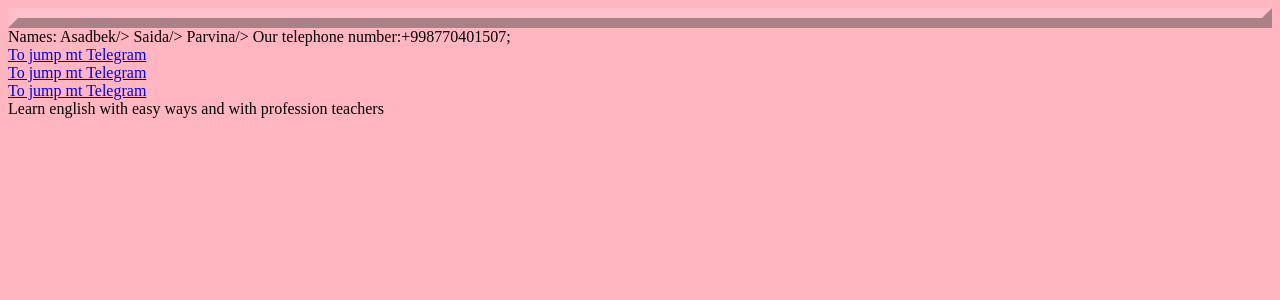
Repository: KHANas02/live-stream
Page: contact.html
An editor plug-in stored every save of this project. The page is shown before and after a run of saves, followed by the edit.
The browser window is 1280 px wide. The pictures show the whole page.

Above is the page before, as saved 2024-03-25 07:50:33.

After the next 3 saves:
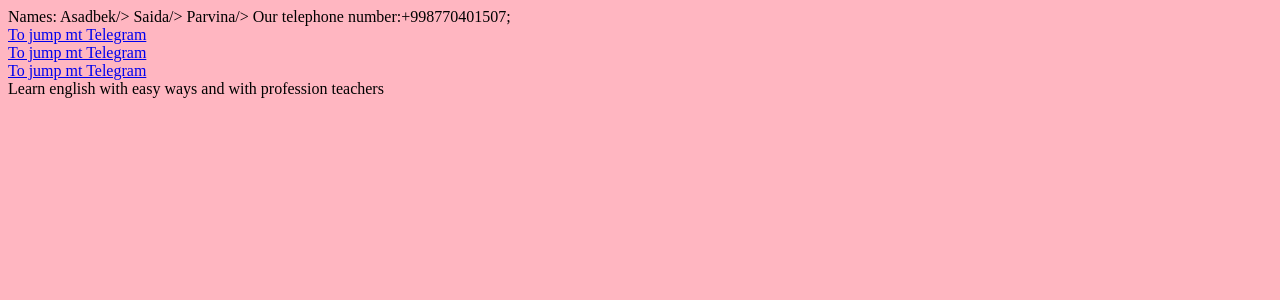
The 3 saves are shown as one change because they came seconds apart.
The last was saved 15 s later.
--- a/contact.html
+++ b/contact.html
@@ -10,12 +10,7 @@
     body {
       background-color: lightpink;
     }
-    .text {
-      background-repeat: no-repeat;
-    }
-    .avatar {
-      border: 10px outset pink;
-    }
+
   </style>
   <body>
     <div class="avatar"></div>
